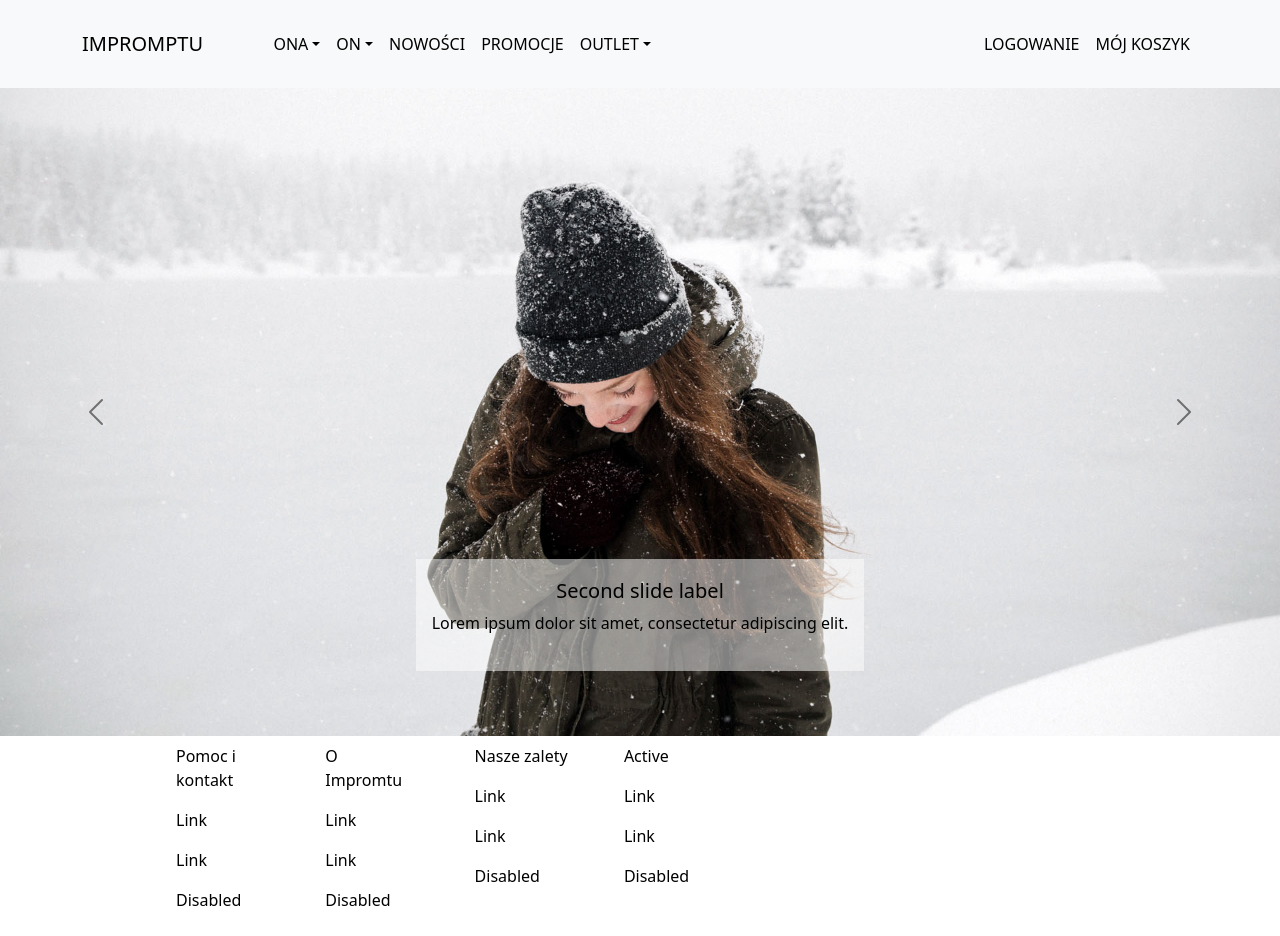
Repository: michalgornicki/Impromptu
Page: /
The author's editor kept a copy of each file at every save. The page is drawn from the files as they stood at one save, then again after a run of saves.
The browser window is 1280 px wide. The pictures show the whole page.
The project was rebuilt for these pictures with package versions that can differ from the ones it lists, and the page was loaded fresh each time.

Above is the page before, as saved 2021-12-23 13:36:14.

After the next 2 saves:
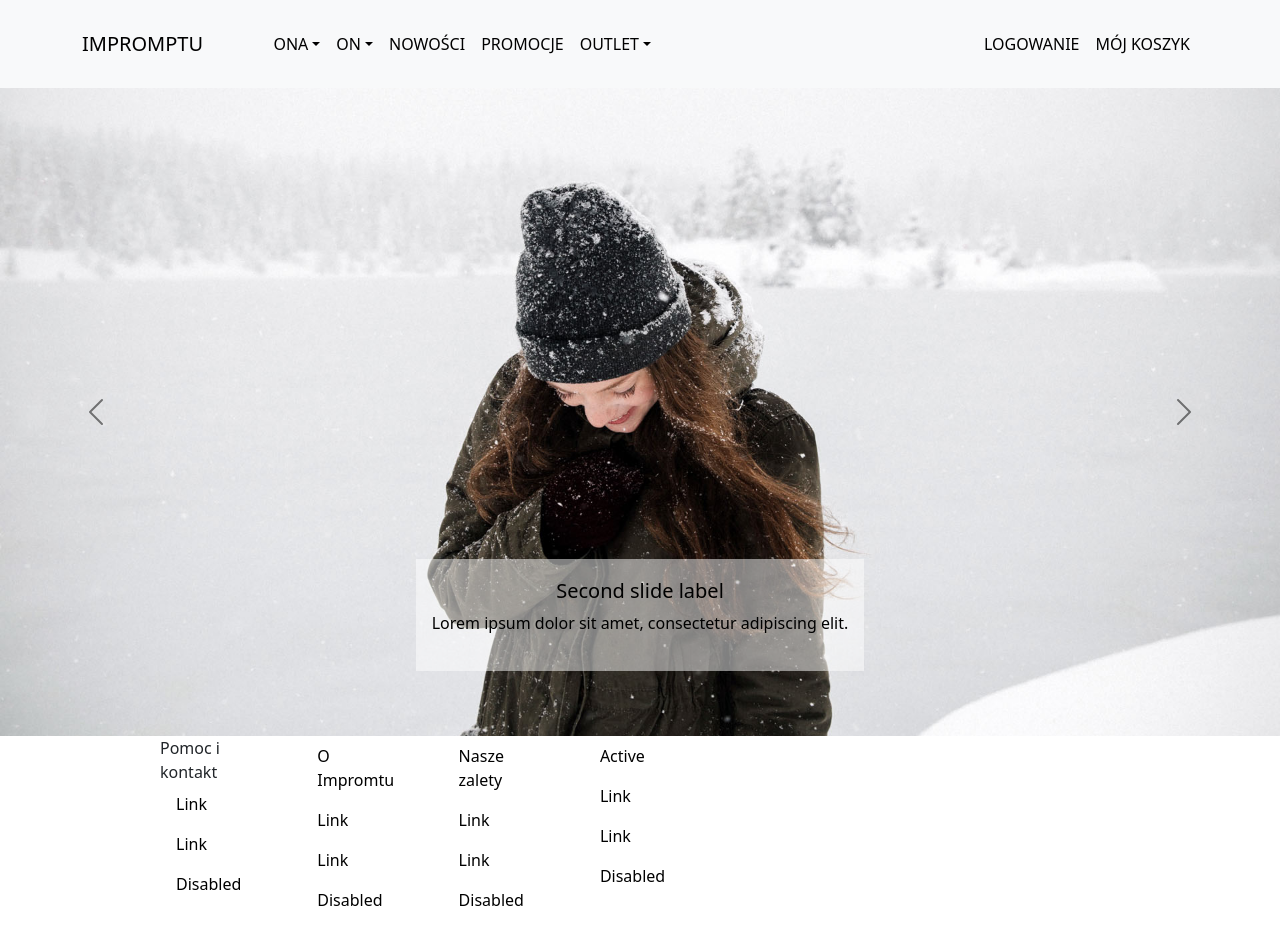
The 2 saves are shown as one change because they came seconds apart.
The last was saved 8 s later.
--- a/src/App.jsx
+++ b/src/App.jsx
@@ -162,7 +162,7 @@ function App() {
   <Row>
   <Col>
   <div>
-    <Nav.Link href="/home">Pomoc i kontakt</Nav.Link>
+    Pomoc i kontakt
   </div>
   <Nav.Item>
     <Nav.Link eventKey="link-1">Link</Nav.Link>
